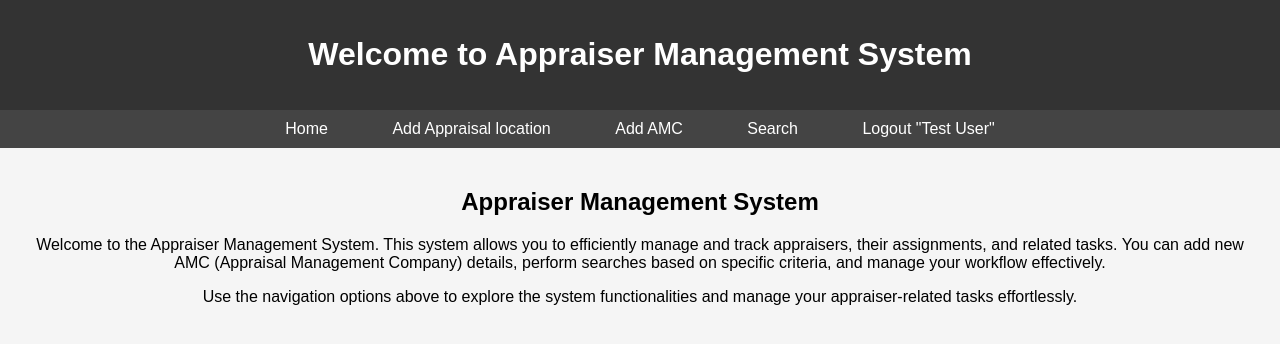
Repository: SaiKumarKota1919/zettamine-sai
Page: http://localhost/appraiser-management-system/home.jsp
The author's editor kept a copy of each file at every save. The page is drawn from the files as they stood at one save, then again after the next save.
The browser window is 1280 px wide. The pictures show the whole page.
The page is served by Tomcat 10. The session is filled in as if someone had signed in: {"userName": "Test User"}.

Above is the page before, as saved 2023-12-30 01:34:19.

After the next save:
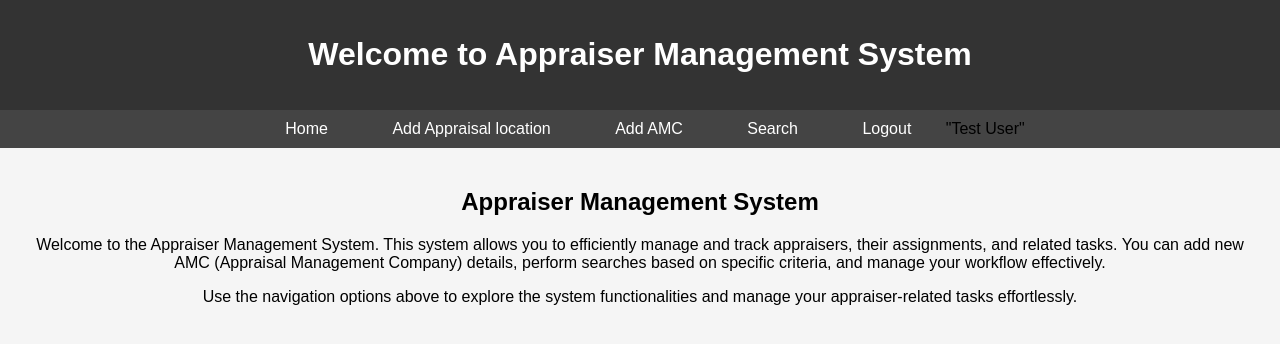
Saved 16 s later.
--- a/project-ams/appraiser-management-system/src/main/webapp/home.jsp
+++ b/project-ams/appraiser-management-system/src/main/webapp/home.jsp
@@ -20,7 +20,7 @@
     <a href="add_amc.html">Add AMC</a>
     <a href="search.html">Search</a>
 
-    <a href="#">Logout "${userName}"</a>
+    <a href="#">Logout </a>"${userName}"
   </nav>
 
   <div class="content">
